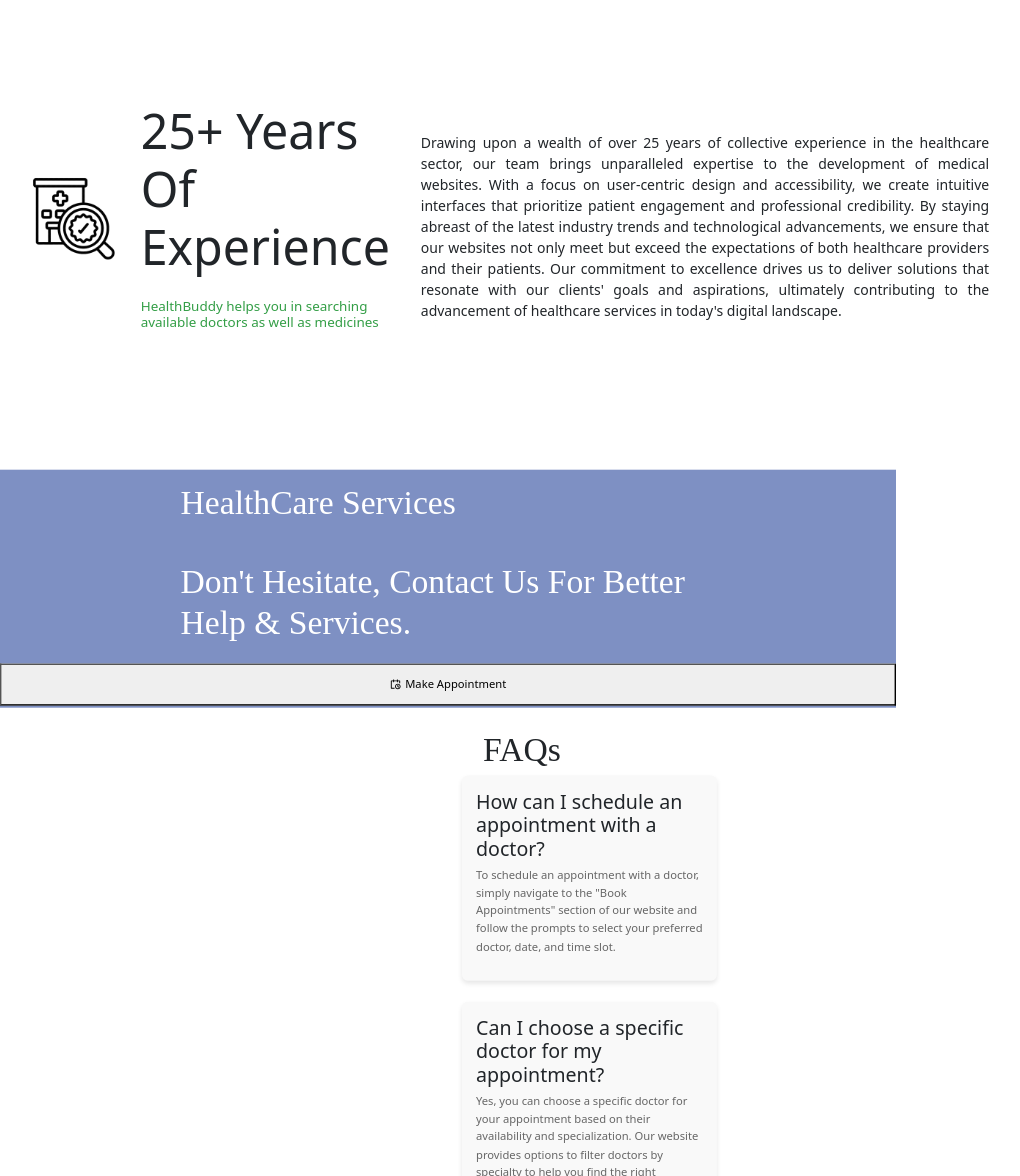
Repository: WajihaGul/MedicalApp-Frontend
Page: /
The author's editor kept a copy of each file at every save. The page is drawn from the files as they stood at one save, then again after the next save.
The browser window is 1280 px wide. The page is 1457 px wide, so the pictures cover 1457 px, including what lies to the right of the window. The pictures show the part of the page from y = 1370 to 3050 px (the page is 4744 px tall), at 70% of full size.
The project was rebuilt for these pictures with package versions that can differ from the ones it lists, and the page was loaded fresh each time. Also part of the build but not shown: vite.config.js, src/index.css, src/App.css.

Above is the page before, as saved 2024-05-08 23:26:44.

After the next save:
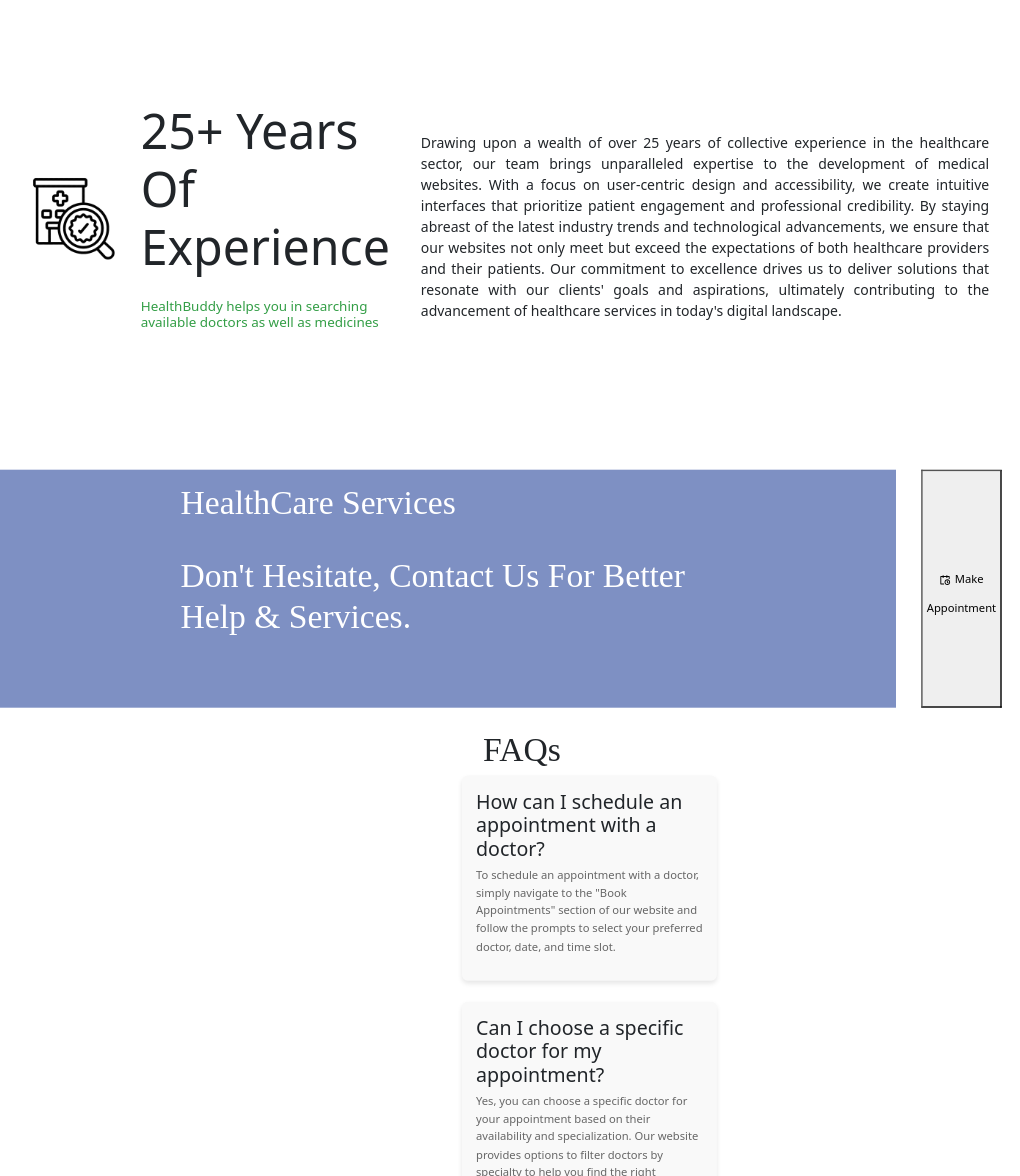
Saved 51 s later.
--- a/src/Components/MakeAppointment/MakeAppointment.module.css
+++ b/src/Components/MakeAppointment/MakeAppointment.module.css
@@ -24,9 +24,9 @@
     margin-right: 290px;
 }
 
-.divii , .ButtonHere{
+.container , .ButtonHere{
 display: flex;
-flex-direction: column;
+flex-direction: row;
 }
 
 .divii{
